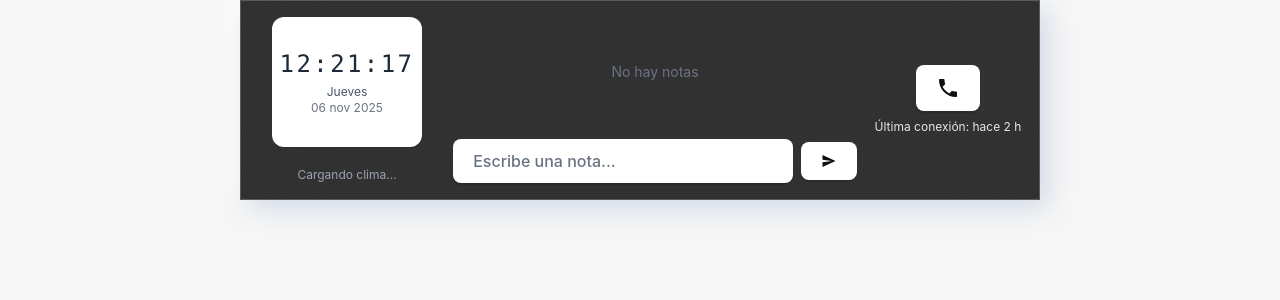
Repository: CodeByEvans/my-romantic-widget
Page: /
The author's editor kept a copy of each file at every save. The page is drawn from the files as they stood at one save, then again after the next save.
The browser window is 1280 px wide. The pictures show the whole page.
The page's requests for data from a server got no answer. The project was rebuilt for these pictures with package versions that can differ from the ones it lists, and the page was loaded fresh each time. No one was signed in, and anything a server would have sent is missing. Also part of the build but not shown: vite.config.ts.

Above is the page before, as saved 2025-11-06 14:23:22.

After the next save:
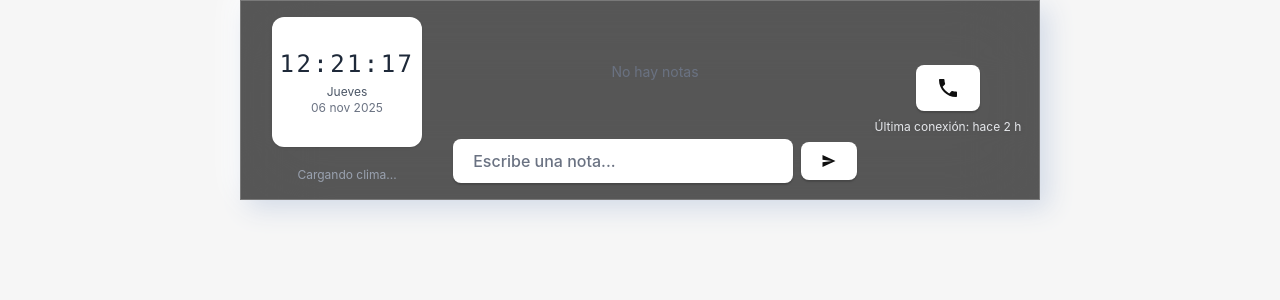
Saved 21 s later.
--- a/src/App.tsx
+++ b/src/App.tsx
@@ -10,7 +10,7 @@ function App() {
     <main
       data-tauri-drag-region
       className="w-[800px] h-[200px] mx-auto flex items-center justify-between gap-4
-             bg-black/80 backdrop-blur-2xl border border-white/20 shadow-[8px_8px_25px_#d1d9e6,-8px_-8px_25px_#ffffff]
+             bg-[#2f2f2f]/80 backdrop-blur-2xl border border-white/20 shadow-[8px_8px_25px_#d1d9e6,-8px_-8px_25px_#ffffff]
              p-4 text-gray-800"
     >
       {/* Clima + Reloj */}
